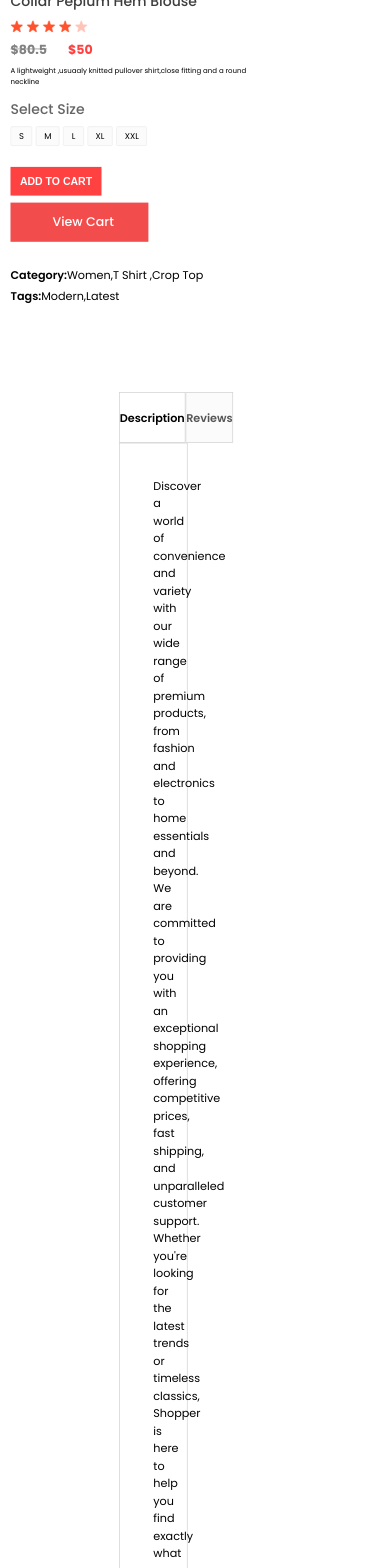
Repository: PayalJakhar/Shoppers-E-commerce-Website
Page: /product/1 (app in frontend/)
These files come from the project's save history. The page is drawn as it stood at one moment and after the next save; the edit follows.
The browser window is 375 px wide. The page is 553 px wide, so the pictures cover 553 px, including what lies to the right of the window. The pictures show the part of the page from y = 549 to 2789 px (the page is 4491 px tall before and 4484 px after), at 70% of full size.
The project was rebuilt for these pictures with package versions that can differ from the ones it lists, and the page was loaded fresh each time. Also part of the build but not shown: frontend/src/App.css, frontend/src/Components/Hero/Hero.css, frontend/src/Components/Hero/Hero.jsx, frontend/src/Components/Popular/Popular.css, frontend/src/Components/Popular/Popular.jsx, frontend/src/Components/Offers/Offers.css, frontend/src/Components/Offers/Offers.jsx, frontend/src/Components/NewCollections/NewCollections.css and 12 more.

Above is the page before, as saved 2025-01-17 18:57:18.

### frontend/src/index.css
*{
  margin:0;
}
body {
  margin: 0;
  font-family: -apple-system, BlinkMacSystemFont, 'Segoe UI', 'Roboto', 'Oxygen',
    'Ubuntu', 'Cantarell', 'Fira Sans', 'Droid Sans', 'Helvetica Neue',
    sans-serif;
  -webkit-font-smoothing: antialiased;
  -moz-osx-font-smoothing: grayscale;
  font-family:'poppins';
}

code {
  font-family: source-code-pro, Menlo, Monaco, Consolas, 'Courier New',
    monospace;
}

### frontend/src/Context/ShopContext.jsx
import React, { createContext, useState } from "react";
import all_product from '../Components/Assets/Frontend_Assets/all_product';

export const ShopContext = createContext(null);

const getDefaultCart = () => {
    let cart = {};
    for (let index = 0; index < all_product.length; index++) {
        cart[index] = 0;
    }
    return cart;
}

const ShopContextProvider = (props) => {
    const [cartItems, setCartItems] = useState(getDefaultCart());

    const addToCart = (itemId) => {
        setCartItems((prev) => ({ ...prev, [itemId]: prev[itemId] + 1 }));
        console.log(cartItems);
    }

    const removeFromCart = (itemId) => {
        setCartItems((prev) => ({ ...prev, [itemId]: prev[itemId] - 1 }));
    }

    const getTotalCartAmount = () => {
        let totalAmount = 0;
        for (const item in cartItems) {
            if (cartItems[item] > 0) {
                let itemInfo = all_product.find((product) => product.id === Number(item));
                totalAmount += itemInfo.new_price * cartItems[item];
            }
        }
        return totalAmount;
    }

    const getTotalCartItems = () => {
        let totalItem = 0;
        for (const item in cartItems) {
            if (cartItems[item] > 0) {
                totalItem += cartItems[item];
            }
        }
        return totalItem;
    }

    const contextValue = { getTotalCartItems, getTotalCartAmount, all_product, cartItems, addToCart, removeFromCart };

    return (
        <ShopContext.Provider value={contextValue}>
            {props.children}
        </ShopContext.Provider>
    )
}

export default ShopContextProvider;

### frontend/src/Components/Navbar/Navbar.jsx
import React, { useContext, useState, useRef } from 'react';
import { Link } from 'react-router-dom';
import './Navbar.css';
import logo from '../Assets/Frontend_Assets/logo.png';
import cart_icon from '../Assets/Frontend_Assets/cart_icon.png';
import { ShopContext } from '../../Context/ShopContext';
import nav_dropdown from '../Assets/Frontend_Assets/nav_dropdown.png'

export default function Navbar() {
    const [menu, setMenu] = useState('shop');
    const {getTotalCartItems} = useContext(ShopContext);
    const menuRef = useRef();

    const dropdown_toggle = (e) =>{
        menuRef.current.classList.toggle('nav-menu-visible');
        e.target.classList.toggle('open');
    }


    return (
        <div className="navbar">
            <div className="nav-logo">
                <img src={logo} alt="" />
                <p> SHOPPER</p>
            </div>
            <img  className='nav-dropdown' onClick={dropdown_toggle} src={nav_dropdown} alt=""/>
            <ul ref={menuRef} className="nav-menu">
                <li onClick={() => { setMenu('shop') }}><Link style={{textDecoration:'none'}} to='/'>Shop</Link>{menu === 'shop' ? <hr /> : <></>}</li>
                <li onClick={() => { setMenu('mens') }}><Link style={{textDecoration:'none'}} to='/mens'>Men</Link>{menu === 'mens' ? <hr /> : <></>}</li>
                <li onClick={() => { setMenu('women') }}><Link style={{textDecoration:'none'}} to='/women'>Women</Link>{menu === 'women' ? <hr /> : <></>}</li>
                <li onClick={() => { setMenu('kids') }}><Link style={{textDecoration:'none'}} to='/kids'>Kids</Link>{menu === 'kids' ? <hr /> : <></>}</li>
            </ul>
            <div className="nav-login-cart">
                <Link style={{textDecoration:'none'}} to='/login'><button>login</button></Link>
                <Link style={{textDecoration:'none'}} to='/cart'><img src={cart_icon} alt="" /></Link>
                <div className="nav-cart-count">{getTotalCartItems()}</div>
            </div>
        </div>
    )
}

### frontend/src/Pages/Product.jsx
import React,{useContext} from 'react'
import {ShopContext} from '../Context/ShopContext'
import {useParams} from 'react-router-dom'
import Breadcrum from '../Components/Breadcrums/Breadcrum';
import ProductDisplay from '../Components/ProductDisplay/ProductDisplay';
import DescriptionBox from '../Components/DescriptionBox/DescriptionBox';
import RelatedProducts from '../Components/RelatedProducts/RelatedProducts';

export default function Product() {
  const {all_product} = useContext(ShopContext);
  const {productID} = useParams(); // we have to give the name the same name as the parameter as been given
  // using the productID we will look for the product in the all_product;

  const product = all_product.find((e)=>e.id===Number(productID));// the const product will be equal to an object as all_product is an array of objects
  // as productID should be in number format as e.id is in number format
  return (
    <div>
        <Breadcrum product={product}/>
        <ProductDisplay product={product}/>
        <DescriptionBox/>
        <RelatedProducts/>
    </div>
  )
}

### frontend/src/Components/Footer/Footer.jsx
import React from 'react'
import './Footer.css'
import footer_logo from '../Assets/Frontend_Assets/logo_big.png'
import instagram_icon from '../Assets/Frontend_Assets/instagram_icon.png'
import pintester_icon from '../Assets/Frontend_Assets/pintester_icon.png'
import whatsapp_icon from '../Assets/Frontend_Assets/whatsapp_icon.png'
export default function Footer() {
  return (
    <div className='footer'>
        <div className="footer-logo">
            <img src={footer_logo} alt=""/>
            <p>SHOPPER</p>
        </div>
        <ul className="footer-links">
            <li>Company</li>
            <li>Products</li>
            <li>Offices</li>
            <li>About</li>
            <li>Contact</li>
        </ul>
        <div className="footer-social-icon">
            <div className="footer-icons-container">
                <img src={instagram_icon} alt=""/>
            </div>
            <div className="footer-icons-container">
                <img src={pintester_icon} alt=""/>
            </div>
            <div className="footer-icons-container">
                <img src={whatsapp_icon} alt=""/>
            </div>
        </div>
        <div className="footer-copyright">
            <hr/>
            <p>Copyright @ 2025 - All Rights Reserved</p>
        </div>
    </div>
  )
}

### frontend/src/Components/Item/Item.jsx
import React from 'react'
import { Link } from 'react-router-dom';
import './Item.css'
export default function Item(props) {
  return (
    <div className='item'>
        <Link to={`/product/${props.id}`}><img onClick={window.scrollTo(0,0)} src={props.image} alt="" /></Link>
        {/* on click to img just scroll the window on to top */}
        <p>{props.name}</p>
        <div className="item-prices">
            <div className="item-price-new">
                ${props.new_price}
            </div>
            <div className="item-price-old">
                ${props.old_price}
            </div>
        </div>
    </div>
  )
}

### frontend/src/Components/Breadcrums/Breadcrum.jsx
import React from 'react'
import './Breadcrum.css'
import arrow_icon from '../Assets/Frontend_Assets/breadcrum_arrow.png'

const Breadcrum = (props) => {
    const {product} = props;
    return (
        <div className='breadcrum'>
            HOME <img src={arrow_icon} alt=""/> SHOP <img src={arrow_icon} alt=""/> {product.category} <img src={arrow_icon} alt=""/> {product.name};
        </div>
    )
}

export default Breadcrum

### frontend/src/Components/ProductDisplay/ProductDisplay.jsx
import React, { useContext } from 'react'
import './ProductDisplay.css'
import star_icon from "../Assets/Frontend_Assets/star_icon.png"
import star_dull_icon from "../Assets/Frontend_Assets/star_dull_icon.png"
import { ShopContext } from '../../Context/ShopContext'
import {Link} from 'react-router-dom'
const ProductDisplay = (props) => {
    const {product}=props;
    const {addToCart}=useContext(ShopContext);
  return (
    <div className='productdisplay'>
        <div className="productdisplay-left">
             <div className="productdisplay-img-list">
                <img src={product.image} alt="" />
                <img src={product.image} alt="" />
                <img src={product.image} alt="" />
                <img src={product.image} alt="" />
             </div>

            <div className="productdisplay-img">
                <img className='productdisplay-main-img' src={product.image} alt="" />
            </div>
        </div>
        <div className="productdisplay-right">
            <h1>{product.name}</h1>
            <div className="productdisplay-right-star">
                <img src={star_icon} alt="" />
                <img src={star_icon} alt="" />
                <img src={star_icon} alt="" />
                <img src={star_icon} alt="" />
                <img src={star_dull_icon} alt="" />
            </div>
            <div className="productdisplay-right-prices">
                <div className="productdisplay-right-price-old">${product.old_price}</div>
                <div className="productdisplay-right-price-new">${product.new_price}</div>

            </div>
            <div className="productdisplay-right-description">
                A lightweight ,usuaaly knitted pullover shirt,close fitting and a round neckline
            </div>
            <div className="productdisplay-right-size">
                <h1>Select Size</h1>
                <div className="productdisplay-right-sizes">
                    <div>S</div>
                    <div>M</div>
                    <div>L</div>
                    <div>XL</div>
                    <div>XXL</div>
                </div>
            </div>
            <button onClick={()=>{addToCart(product.id)}}> ADD TO CART</button>
            <Link to="/Cart" className="view-cart-link">View Cart</Link>
            <p className="productdisplay-right-category"><span>Category:</span>Women,T Shirt ,Crop Top</p>
            <p className="productdisplay-right-category"><span>Tags:</span>Modern,Latest</p>
        </div>

    </div>
  )
}

export default ProductDisplay

### frontend/src/Components/DescriptionBox/DescriptionBox.jsx
import React from 'react'
import './DescriptionBox.css'

const DescriptionBox = () => {
  return (
    <div className='descriptionbox'>
      <div className="descriptionbox-navigator">
        <div className="descriptionbox-nav-box">Description</div>
        <div className="descriptionbox-nav-box fade">Reviews</div>
      </div>
      <div className="descriptionbox-description">
        <p>
        Discover a world of convenience and variety with our wide range of premium products, from fashion and electronics to home essentials and beyond. We are committed to providing you with an exceptional shopping experience, offering competitive prices, fast shipping, and unparalleled customer support. Whether you're looking for the latest trends or timeless classics, Shopper is here to help you find exactly what you need.
        </p>
        <p>
         Shop with confidence and enjoy the ease of shopping from the comfort of your home!
        </p>
      </div>
    </div>
  )
}

export default DescriptionBox

### frontend/src/Components/RelatedProducts/RelatedProducts.jsx
import React from 'react'
import './RelatedProducts.css'
import data_product from '../Assets/Frontend_Assets/data'
import Item from '../Item/Item'
const RelatedProducts = () => {
  return (
    <div className='relatedproducts'>
        <h1>Related Products</h1>
        <hr/>
        <div className="relatedproducts-item">
            {data_product.map((item,i)=>{
                return <Item key={i} id={item.id} name={item.name} image={item.image} new_price={item.new_price} old_price={item.old_price}/>
            })}
        </div>
    </div>
  )
}

export default RelatedProducts

### frontend/src/Components/Footer/Footer.css
.footer{
    display: flex;
    flex-direction: column;
    justify-content: center;
    align-items: center;
    gap: 50px;
}

.footer-logo{
    display: flex;
    align-items: center;
    gap: 20px;
}

.footer-logo p{
    color: #383838;
    font-size: 46px;
    font-weight: 700;

}

.footer-links{
    display: flex;
    list-style: none;
    gap: 50px;
    color: #252525;
    font-size: 20px;
}

.footer-links li{
    cursor: pointer;
}

.footer-social-icon{
    display: flex;
    gap: 20px;
}

.footer-icons-container{
    padding: 10px;
    padding-bottom:6px;
    background: #fbfbfb;
    border: 1px solid #ebebeb;
}

.footer-copyright{
    display: flex;
    flex-direction: column;
    align-items: center;
    gap: 30px;
    width: 100%;
    margin-bottom: 30px;
    color: #1a1a1a;
    font-size: 20px;
}

.footer-copyright r{
    width: 80%;
    border: none;
    border-radius: 10px;
    height: 3px;
    background: #c7c7c7;
}

@media(max-width: 800px){
    .footer{
        gap: 20px;
    }
    .footer-lgo{
        gap: 10px;
        align-items: end;
    }
    .footer-logo img{
        width: 40px;
    }
    .footer-logo p{
        font-size: 25px;
    }
    .footer-links{
        font-size: 14px;
        gap: 10px;
    }
    .footer-social-icon img{
        width: 22px;
    }
    .footer-copyright{
        font-size: 13px;
    }
}

### frontend/src/Components/Item/Item.css
.item{
    width:280px;
}
.item img{
    width: 280px;
}
.item p{
    margin: 6px 0px;
}

.item-prices{
    display:flex;
    gap:20px;
}
.item-price-new{
    color: #374151;
    font-size: 18px;
    font-weight: 600;
}
.item-price-old{
    color: #8c8c8c;
    font-size: 18px;
    font-weight: 500;
    text-decoration: line-through;
}

.item:hover{
    transform: scale(1.05);
    transition: 0.6s;
}

@media(max-width: 1280px){
    .item{
        width: 220px;
        font-size: 14px;
    }
    .item img{
        width: 220px;
    }

    .item-price-old{
        font-size: 14px;
    }
}

@media(max-width: 1024px){
    .item{
        width: 170px;
        font-size: 13px;
    }
    .item img{
        width: 170px;
    }

    .item-price-old{
        font-size: 13px;
    }
}


@media(max-width: 800px){
    .item{
        width: 120px;
        font-size: 12px;
    }
    .item img{
        width: 120px;
    }

    .item-price-old{
        font-size: 12px;
    }
}


@media(max-width: 1280px){
    .item{
        width: 160px;
    }
    .item img{
        width: 160px;
    }

}

### frontend/src/Components/Breadcrums/Breadcrum.css
.breadcrum{
    display: flex;
    align-items: center;
    gap: 8px;
    color: #5e5e5e;
    font-size: 16px;
    font-weight: 600;
    margin: 60px 170px;
    text-transform: capitalize;
}

@media(max-width: 1280px){
    .breadcrum{
        margin: 30px 50px;
        font-size: 14px;
    }
}

@media(max-width: 1024px){
    .breadcrum{
        margin: 30px 30px;
        font-size: 13px;
    }
}


@media(max-width: 800px){
    .breadcrum{
        margin: 30px 10px;
        font-size: 12px;
    }
}


@media(max-width: 500px){
    .breadcrum{
        /* margin: 30px 50px; */
        font-size: 10px;
    }
}

### frontend/src/Components/ProductDisplay/ProductDisplay.css
.productdisplay{
    display: flex;
    margin: 0px 170px;
}
.productdisplay-left{
    display: flex;
    gap:17px;
}
.productdisplay-img-list{
    display: flex;
    flex-direction: column;
    gap:16px;
}
.productdisplay-img-list img{
    height: 163px;
}
.productdisplay-main-img{
    width:586px;
    height:700px;
}
.productdisplay-right{
    margin: 0px 70px;
    display: flex;
    flex-direction: column;
}
.productdisplay-right h1{
    color: #3d3d3d;
    font-size: 40px;
    font-weight: 700;
}
.productdisplay-right-star{
    display: flex;
    align-items: center;
    margin-top: 13px;
    gap:5px ;
    color: #1c1c1c;
    font-size: 16px;

}
.productdisplay-right-prices{
    display: flex;
    margin:40px 0px;
    gap:30px;
    font-size: 24px;
    font-weight: 700;
}
.productdisplay-right-price-old{
    color: #818181;
    text-decoration: line-through;
}
.productdisplay-right-price-new{
    color: #ff4141;
}
.productdisplay-right-size h1{
    margin-top: 55px;
    color: #656565;
    font-size:20px;
    font-weight: 600;
}
.productdisplay-right-sizes{
    display: flex;
    margin:30px 0px;
    gap:20px;
}
.productdisplay-right-sizes div{
    padding: 18px 24px;
    background: #fbfbfb;
    border: 1px solid #ebebeb;
    border-radius: 2px;
    cursor: pointer;

}
.productdisplay-right button{
    padding: 20px 40px;
    width:200px;
    font-size: 16px;
    font-weight: 600;
    color: white;
    background: #ff4141;
    margin-bottom: 40px;
    border: none;
    outline: none;
    cursor: pointer;
}
.productdisplay-right-category{
    margin-top:10px;
}
.productdisplay-right-category span{
    font-weight:600 ;
}

.view-cart-link{
    display: block;
    text-decoration: none;
    /* border: 1px solid black; */
    width: 137px;
    justify-content: center;
    padding-left: 60px;
    color: rgb(255, 255, 255);
    background-color:#f34c4c;
    outline: none;
    height: 35px;
    align-items: center;
    padding-top: 13px;
    padding-bottom: 8px;
    font-size: 18px;
    font-weight: 500;
    margin-bottom: 30px;
}

@media(max-width: 1280px){
    .productdisplay{
        margin: 0px 60px;
    }
    .productdisplay-left{
        gap: 10px;
    }

    .productdisplay-img-list{
        gap: 10px;
    }
    .productdisplay-img-list img{
        height: 120px;
    }

    .productdisplay-main-img{
        width: auto;
        height: 510px;
    }
    .productdisplay-right{
        margin: 0px 30px;
    }

    .productdisplay-right h1{
        font-size: 22px;
    }

    .productdisplay-right-stars{
        gap: 3px;
        font-size: 13px;
    }

    .productdisplay-right-prices{

        margin: 10px 0px;
        font-size: 18px;
    }

    .productdisplay-right-description{
        font-size: 13px;
    }

    .productdisplay-right-size h1{
        margin-top: 20px;
        font-size: 20px;
    }

    .productdisplay-right-sizes div{
        padding: 14px 20px;
    }

    .productdisplay-right button{
        width: 150px;
        padding: 15px 0px;
        margin-bottom: 20px;
    }

    .productdisplay-right-category{
        margin-top: 5px;
        font-size: 14px;
    }
}


@media(max-width: 1024px){
    .productdisplay{
        margin: 0px 30px;
    }
    .productdisplay-left{
        gap: 5px;
    }

    /* .productdisplay-img-list{
        gap: 10px;
    } */
    .productdisplay-img-list img{
        height: 80px;
    }

    .productdisplay-main-img{
        /* width: auto; */
        height: 350px;
    }
    /* .productdisplay-right{
        margin: 0px 30px;
    } */

    .productdisplay-right h1{
        font-size: 18px;
    }

    .productdisplay-right-stars img{
        /* gap: 3px; */
        /* font-size: 13px; */
        width: 15px;
    }

    /* .productdisplay-right-prices{

        margin: 10px 0px;
        font-size: 18px;
    } */

    .productdisplay-right-description{
        font-size: 12px;
    }

    .productdisplay-right-sizes{
        margin-top: 10px 0px;
        /* font-size: 20px; */
    }

    .productdisplay-right-sizes div{
        padding: 10px 16px;
        font-size: 12px;
    }

    .productdisplay-right button{
        width: 120px;
        padding: 10px 0px;
        margin-bottom: 10px;
        font-size: 14px;
    }

    .productdisplay-right-category{
        /* margin-top: 5px; */
        font-size: 12px;
    }
}




@media(max-width: 800px){
    .productdisplay{
        margin: 0px 10px;
    }
    .productdisplay-left{
        gap: 0px;
        flex-direction: column-reverse;
        align-items: center;
    }

    .productdisplay-img-list{
        flex-direction: row;
        gap: 6px;
    }
    .productdisplay-img-list img{
        height: 70px;
    }

    .productdisplay-main-img{
        /* width: auto; */
        height: 300px;
    }
    /* .productdisplay-right{
        margin: 0px 30px;
    } */

    .productdisplay-right h1{
        font-size: 14px;
    }

    .productdisplay-right-stars img{
        /* gap: 3px; */
        /* font-size: 13px; */
        width: 13px;
    }

    /* .productdisplay-right-prices{

        margin: 10px 0px;
        font-size: 18px;
    } */

    .productdisplay-right-description{
        font-size: 10px;
    }
    .productdisplay-right-size h1{
        margin-top: 10px 0px;
        /* font-size: 20px; */
    }
    .productdisplay-right-sizes{
        margin-top: 10px ;
        gap: 5px;
        /* font-size: 20px; */
    }

    .productdisplay-right-sizes div{
        padding: 4px 11px;
        /* font-size: 12px; */
    }

    .productdisplay-right button{
        width: 100px;
        /* padding: 10px 0px; */
        /* margin-bottom: 10px; */
        font-size: 12px;
    }

    .productdisplay-right-category{
        /* margin-top: 5px; */
        font-size: 10px;
    }
}


@media(max-width:500px){

    .productdisplay{
        flex-direction: column;
    }

    .productdisplay-left{
        gap: 10px;
        flex-direction: row;
        margin: auto;
    }

    .productdisplay-img-list{
        flex-direction: column;
        gap: 8px;
    }

    .productdisplay-img-list img{
        height: 75px;
    }

    .productdisplay-main-img{
        height: 330px;
    }

    .productdisplay-right{ margin: 5px;
    }

    .productdisplay-right h1{
        margin-top: 15px;
        font-size: 20px;
        font-weight: 500;
    }

    .productdisplay-right-stars img{ width: 15px;
    }

    productdisplay-right-sizes{ gap: 10px;
        margin: 20px 0px;
    }

    I .productdisplay-right-sizes div{
        padding: 10px 16px;
        font-size: 14px;
    }

    .productdisplay-right button{

        width: 130px;

        font-size: 15px;

        padding: 12px 0px;

    }

        .productdisplay-right-category{
            font-size: 16px;
        }
}

### frontend/src/Components/DescriptionBox/DescriptionBox.css
.descriptionbox{
    margin: 120px 170px;
}
.descriptionbox-navigator{
    display: flex;
}

.descriptionbox-nav-box{
    display:flex;
    align-items: center;
    justify-content: center;
    font-size: 16px;
    font-weight: 600;
    width: 171px;
    height: 70px;
    border: 1px solid #d0d0d0;
}

.descriptionbox-nav-box.fade{
    background: #FBFBFB;
    color: #555;
}

.descriptionbox-description{
    display: flex;
    flex-direction: column;
    gap: 25px;
    border: 1px solid #D0D0D0;
    padding: 48px;
    padding-bottom: 70px;
}

### frontend/src/Components/RelatedProducts/RelatedProducts.css
.relatedproducts{
    display: flex;
    flex-direction: column;
    align-items: center;
    gap: 10px;
    height: 90vh;
    margin-bottom: 100px;
}

.relatedproducts{
    color: #171717;
    font-size: 20px;
    font-weight: 600;
}

.relatedproducts hr{
    width: 200px;
    height: 6px;
    border-radius:10px;
    background: #252525;
}

.relatedproducts-item{
    margin-top: 50px;
    display: flex;
    gap: 30px;
}

Loaded but not shown: frontend/public/index.html (common file); frontend/src/reportWebVitals.js (common file); frontend/src/Components/Assets/Frontend_Assets/all_product.js (329 lines, source omitted); frontend/src/App.js (33 lines, source omitted); frontend/src/Components/Assets/Frontend_Assets/data.js (34 lines, source omitted); frontend/src/index.js (20 lines, source omitted); frontend/src/Components/Navbar/Navbar.css (194 lines, source omitted)

After the next save:
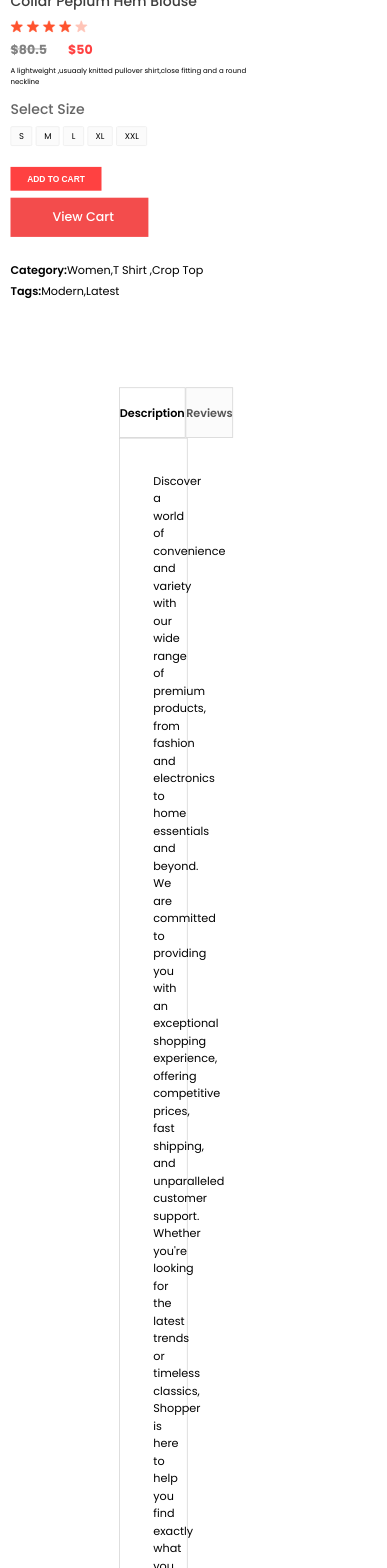
Saved 5 s later.
--- a/frontend/src/Components/ProductDisplay/ProductDisplay.css
+++ b/frontend/src/Components/ProductDisplay/ProductDisplay.css
@@ -365,8 +365,7 @@
 
         width: 130px;
 
-        font-size: 15px;
-
+        font-size: 15px
         padding: 12px 0px;
 
     }

After the 2 saves that followed:
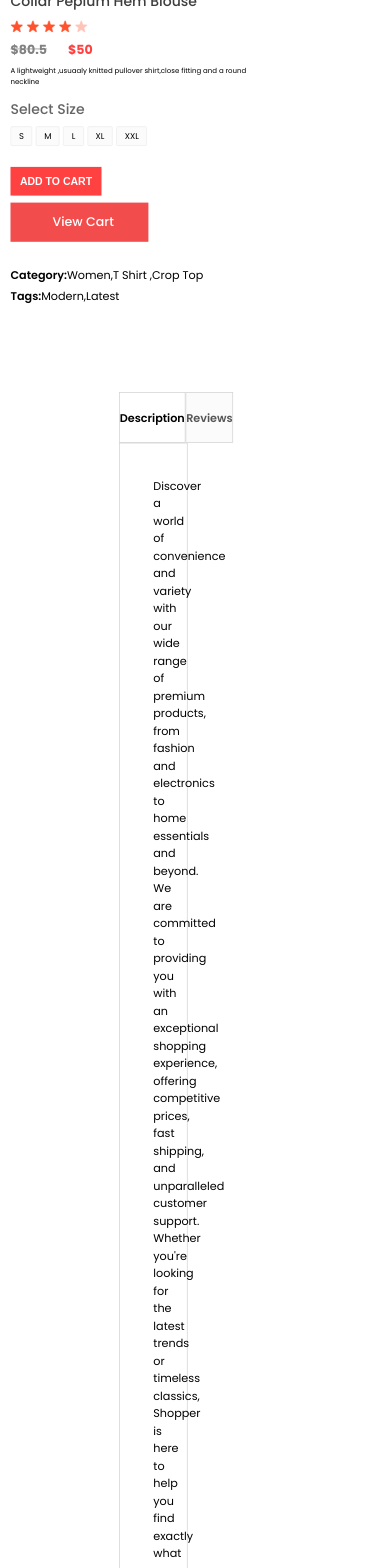
The 2 saves are shown as one change because they came seconds apart.
The last was saved 6 s later.
--- a/frontend/src/Components/ProductDisplay/ProductDisplay.css
+++ b/frontend/src/Components/ProductDisplay/ProductDisplay.css
@@ -362,12 +362,9 @@
     }
 
     .productdisplay-right button{
-
         width: 130px;
-
-        font-size: 15px
+        font-size: 15px;
         padding: 12px 0px;
-
     }
 
         .productdisplay-right-category{
